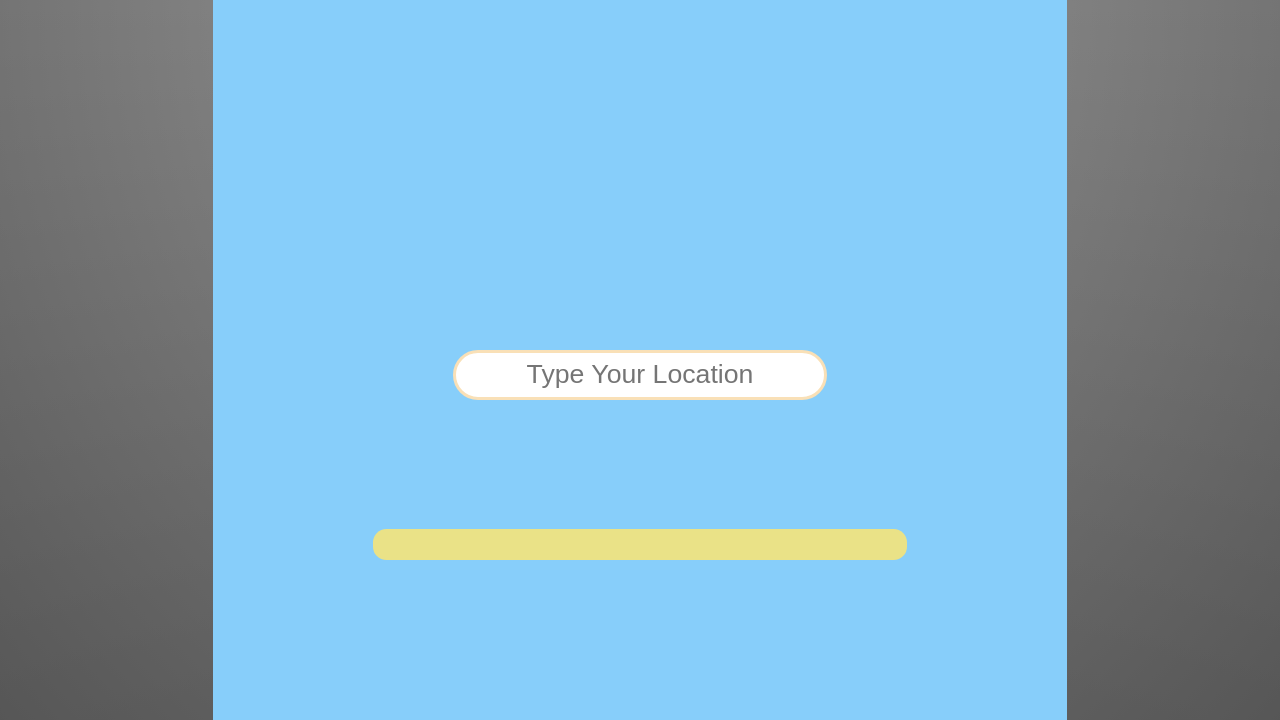
Repository: Heidingg/weather_app
Page: /
The author's editor kept a copy of each file at every save. The page is drawn from the files as they stood at one save, then again after the next save.
The browser window is 1280 px wide. The pictures show the whole page.
The project was rebuilt for these pictures with package versions that can differ from the ones it lists, and the page was loaded fresh each time. The framework's server and built-in components were replaced by stand-ins that run in the browser. Also part of the build but not shown: next.config.js.

Above is the page before, as saved 2023-01-23 01:44:55.

After the next save:
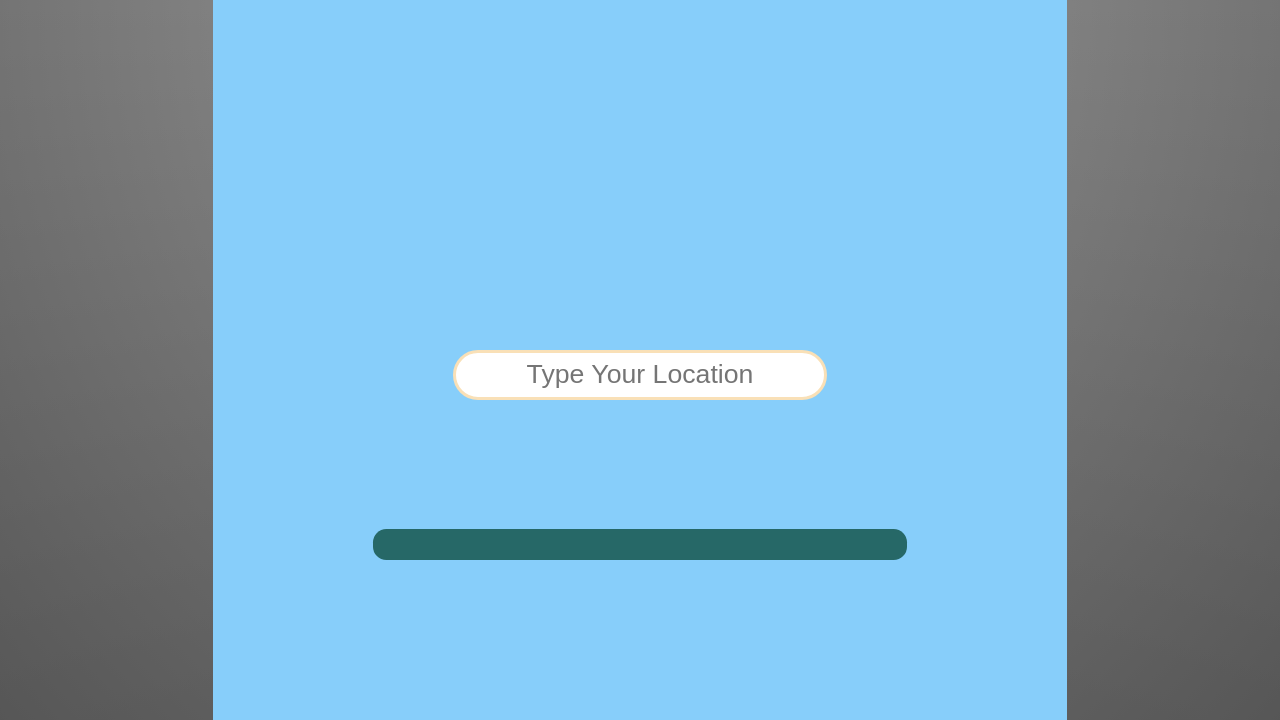
Saved 2 min 55 s later.
--- a/styles/Home.module.css
+++ b/styles/Home.module.css
@@ -313,7 +313,7 @@ div.weatherData {
   align-items: left;
   justify-content: center;
   line-height: 30pt;
-  background-color: #eae287;
+  background-color: #266867;
   padding-top: 3pt;
   padding-bottom: 1rem;
   border-radius: 10pt;
